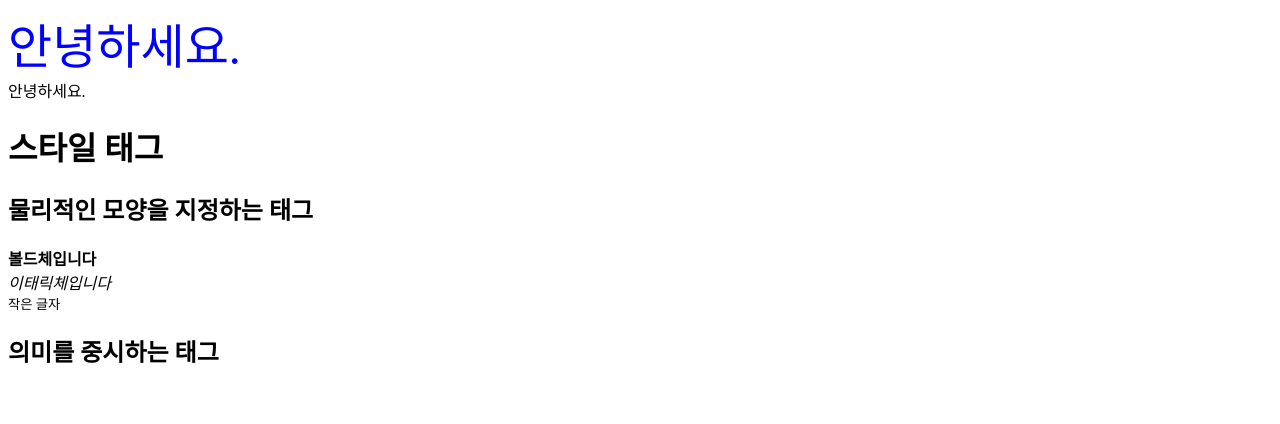
Repository: sujin9335/Front-end
Page: ClientTest/src/main/webapp/html/ex09_style.html
The author's editor kept a copy of each file at every save. The page is drawn from the files as they stood at one save, then again after the next save.
The browser window is 1280 px wide. The pictures show the whole page.

Above is the page before, as saved 2023-09-20 01:37:13.

### ClientTest/src/main/webapp/html/ex09_style.html
<!DOCTYPE html>
<html>
<head>
<meta charset="UTF-8">
<title>Insert title here</title>
</head>
<body>

	<!--

		HTML > 골격 구성 + 데이터 표현 + 서식 기능(절대 사용 안함)
		CSS  > 디자인(서식 구현)


	-->

	<font size="7" color="blue">안녕하세요.</font>
	<br>
	안녕하세요.

	<h1>스타일 태그</h1>

	<h2>물리적인 모양을 지정하는 태그</h2>

	<b>볼드체입니다</b><br>
	<i>이태릭체입니다</i><br>
	<small>작은 글자</small><br>

	<h2>의미를 중시하는 태그</h2>



</body>
</html>

After the next save:
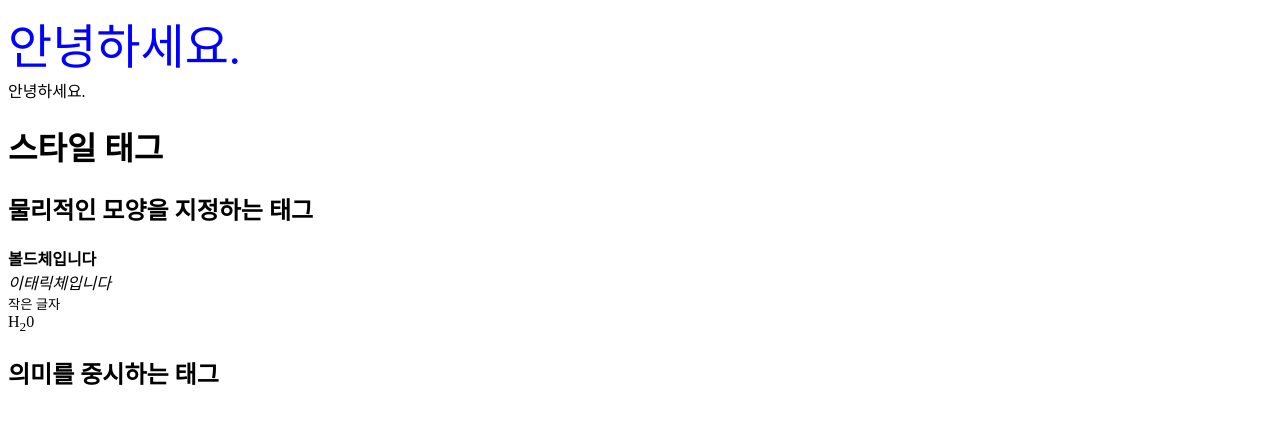
Saved 23 s later.
--- a/ClientTest/src/main/webapp/html/ex09_style.html
+++ b/ClientTest/src/main/webapp/html/ex09_style.html
@@ -26,6 +26,8 @@
 	<i>이태릭체입니다</i><br>
 	<small>작은 글자</small><br>
 
+	H<sub>2</sub>0<br> <!-- 밑첨자 -->
+
 	<h2>의미를 중시하는 태그</h2>
 
 
